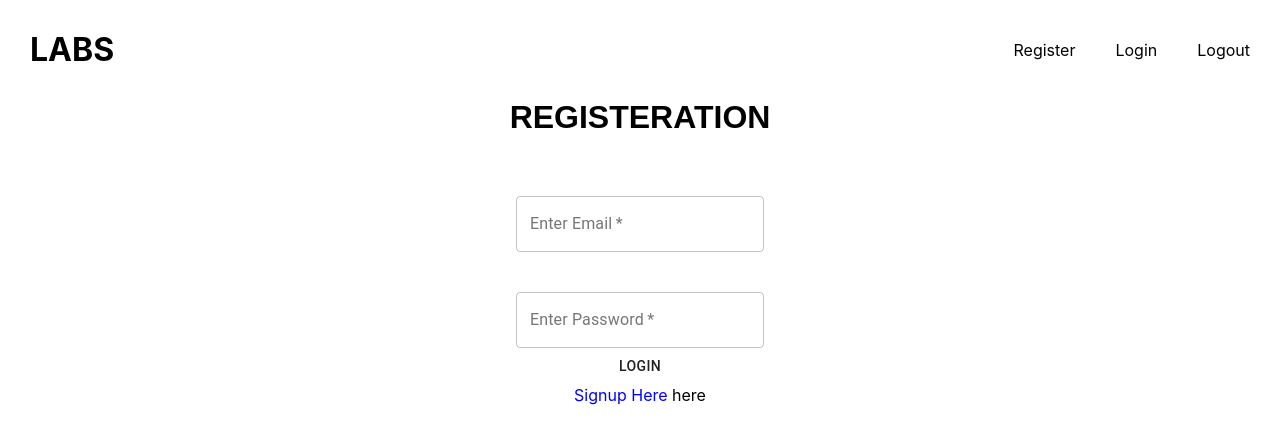
Repository: Prafullkuma/labsdata
Page: /login
These files come from the project's save history. The page is drawn as it stood at one moment and after the next save; the edit follows.
The browser window is 1280 px wide. The pictures show the whole page.
The project was rebuilt for these pictures with package versions that can differ from the ones it lists, and the page was loaded fresh each time. Also part of the build but not shown: src/Component/Admin.css, src/Component/Details/details.css, src/Component/Student/addstudent.css, src/Component/Student/Addstudent.js, src/Component/Student/ViewData/ViewData.css, src/Component/Student/ViewData/ViewStudentData.js, src/Component/Student/ViewStudent.js, src/Component/Details/Details.js and 4 more.

Above is the page before, as saved 2020-08-26 15:07:45.

After the next save:
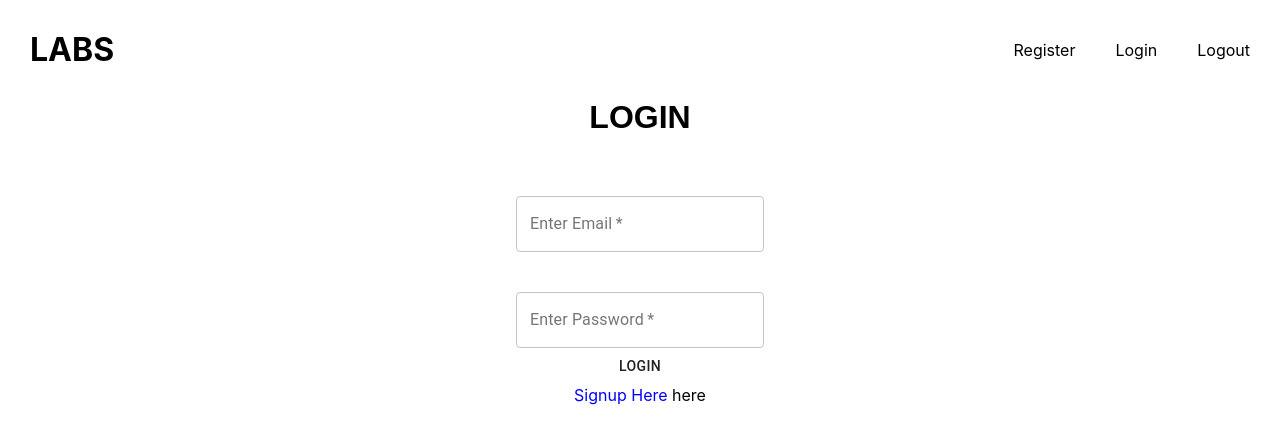
Saved 103 s later.
--- a/src/Auth/Login.js
+++ b/src/Auth/Login.js
@@ -19,7 +19,7 @@ function Login() {
     }
     return (
         <div className="register">
-            <h1>Registeration</h1>
+            <h1>Login</h1>
             <form>
                 <p>{error}</p>
                 <br />
